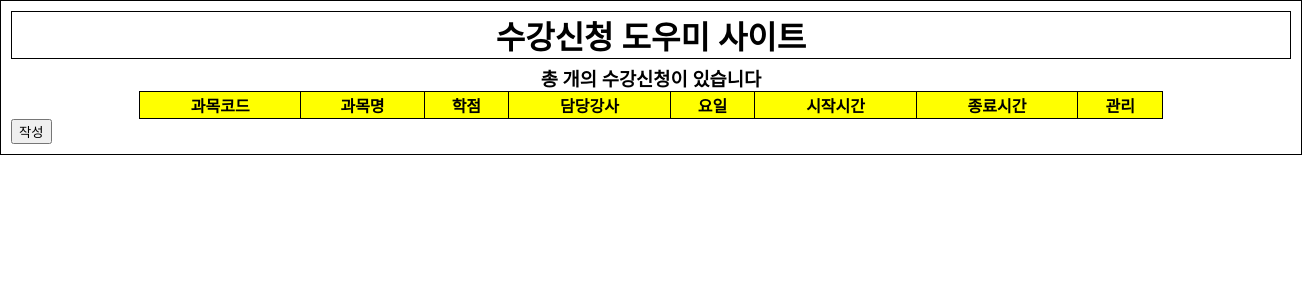
Repository: Tor1a/SpringSet
Page: http://localhost/practice02/WEB-INF/views/home.jsp
These files come from the project's save history. The page is drawn as it stood at one moment and after a run of saves; the edit follows.
The browser window is 1280 px wide. The page is 1302 px wide, so the pictures cover 1302 px, including what lies to the right of the window. The pictures show the whole page.
The page is served by Tomcat 9. Nobody is signed in. The template is opened directly, without the code that normally fills it, so the values that code supplies are empty.

Above is the page before, as saved 2022-04-15 00:18:33.

After the next 2 saves:
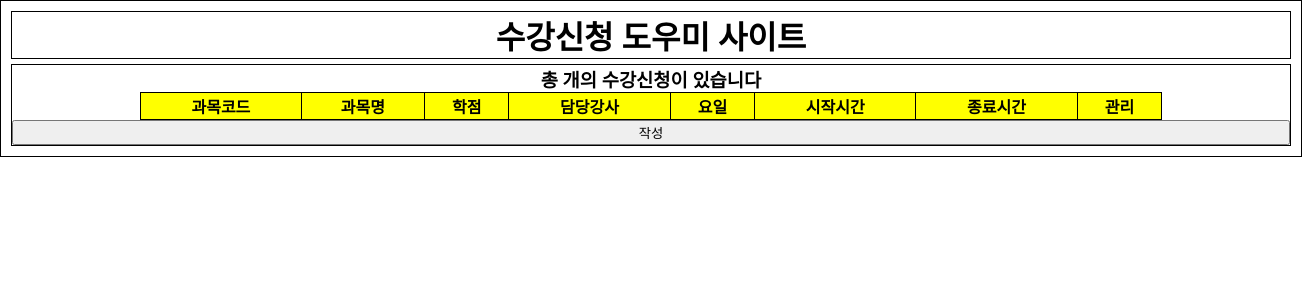
The 2 saves are shown as one change because they came seconds apart.
The last was saved 8 s later.
--- a/practice02/src/main/webapp/WEB-INF/views/home.jsp
+++ b/practice02/src/main/webapp/WEB-INF/views/home.jsp
@@ -24,7 +24,7 @@
 
 		<h1 class="title">수강신청 도우미 사이트</h1>
 
-		<div class="content">
+		<div id="content">
 			<h3 class="total">총 ${total}개의 수강신청이 있습니다</h3>
 
 		<table class="liTb">
